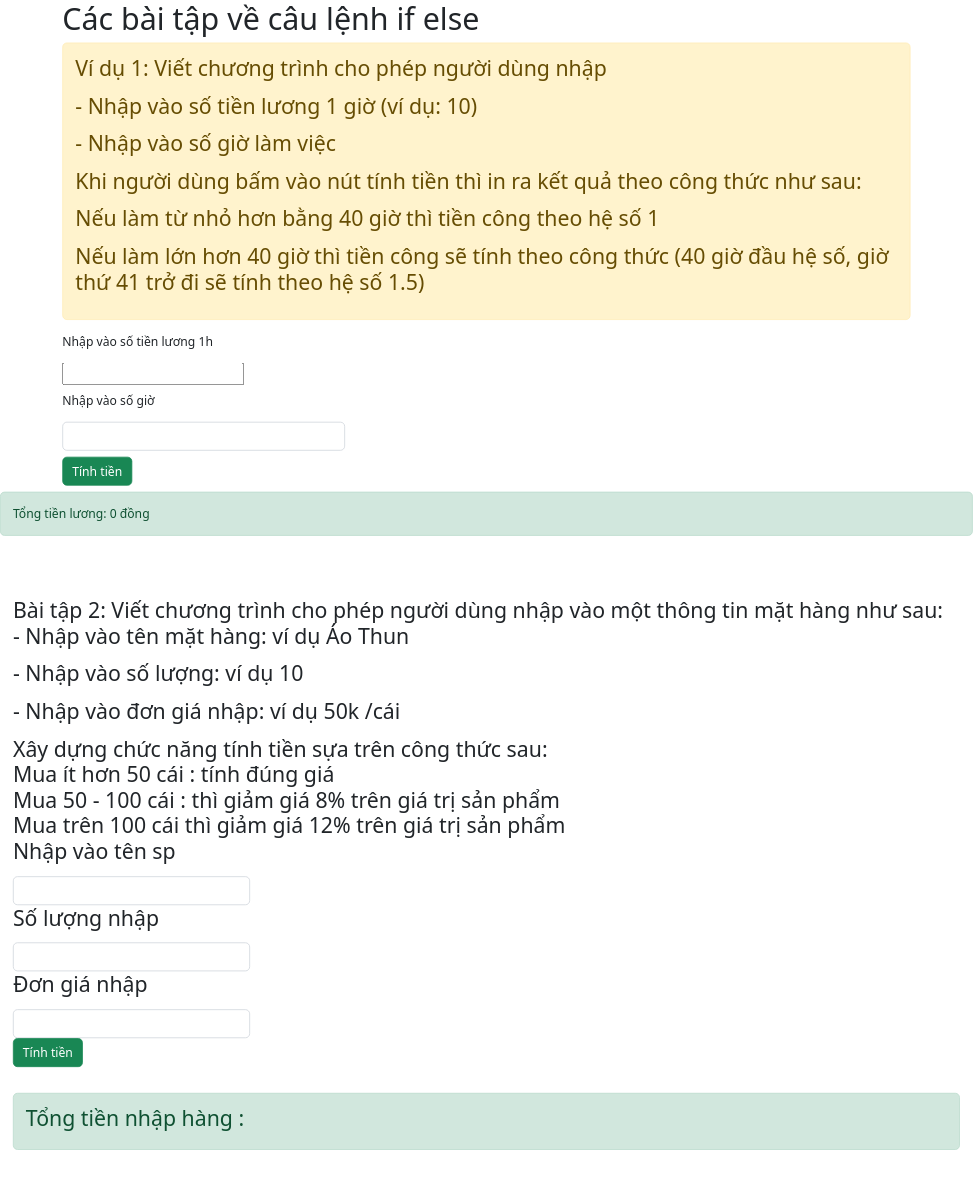
Repository: hcozyph/cyberSoft_JS_fulldocs
Page: JS_4/index.html
These files come from the project's save history. The page is drawn as it stood at one moment and after the next save; the edit follows.
The browser window is 1280 px wide. The pictures show the whole page, at 76% of full size.

Above is the page before, as saved 2023-02-03 20:37:48.

After the next save:
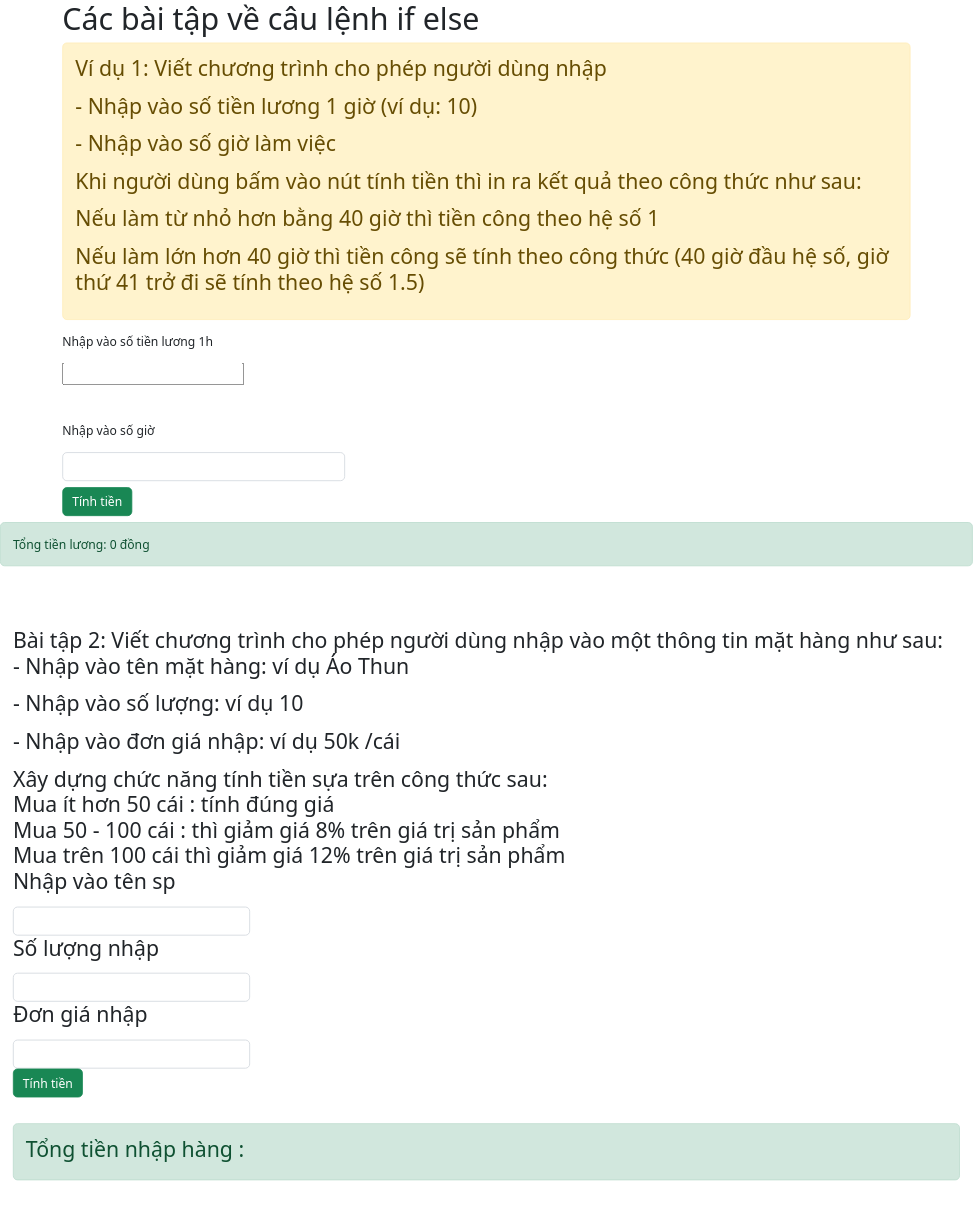
Saved 7 s later.
--- a/JS_4/index.html
+++ b/JS_4/index.html
@@ -50,7 +50,7 @@
                     <input type="" id="tienLuong1h" class="from-control" />
                 </div>
 
-                <div class="col-4 mt-2">
+                <div class="col-4 mt-5">
                     <p>Nhập vào số giờ</p>
                     <input type="text" id="soGioLam" class="form-control" />
                 </div>
